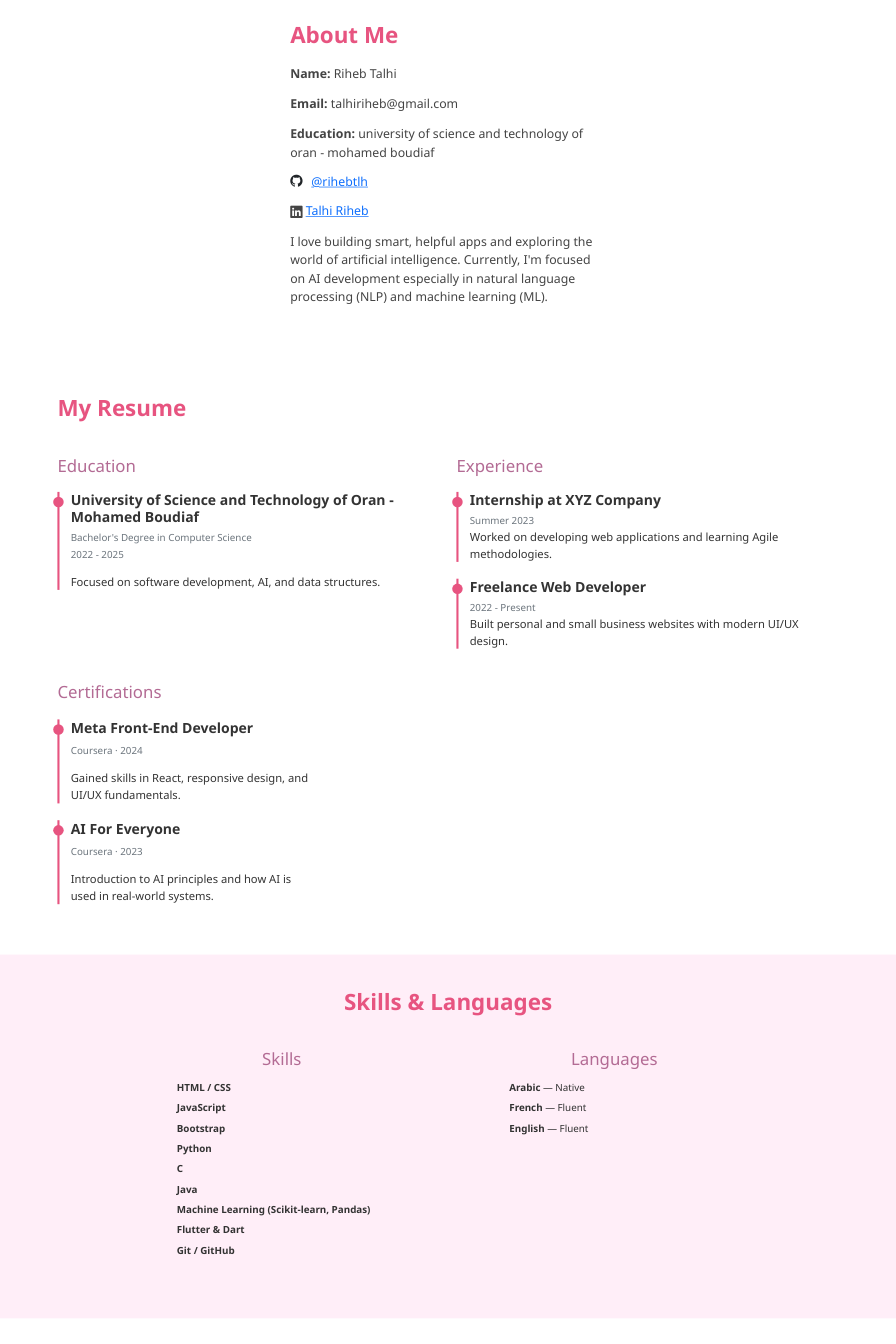
Repository: rihebtlh/portfolio
Page: new.html
An editor plug-in stored every save of this project. The page is shown before and after the next save, followed by the edit.
The browser window is 1280 px wide. The pictures show the part of the page from y = 754 to 2674 px (the page is 4012 px tall before and 4111 px after), at 70% of full size.

Above is the page before, as saved 2025-07-02 16:52:16.

### new.html
<!DOCTYPE html>
<html lang="en">
<head>
  <meta charset="UTF-8" />
  <meta name="viewport" content="width=device-width, initial-scale=1.0" />
  <title>Riheb Talhi Portfolio</title>
  <link href="https://cdn.jsdelivr.net/npm/bootstrap@5.0.2/dist/css/bootstrap.min.css" rel="stylesheet" />
  <script src="https://cdn.jsdelivr.net/npm/bootstrap@5.0.2/dist/js/bootstrap.bundle.min.js"></script>
  <link rel="stylesheet" href="https://cdn.jsdelivr.net/npm/bootstrap-icons@1.10.5/font/bootstrap-icons.css">


  <style>
    body {
      font-family: 'Segoe UI', sans-serif;
      color: #333;
      background: #fff;
    }

    .navbar {
      background: rgba(255, 255, 255, 0.9);
      box-shadow: 0 4px 6px rgba(0, 0, 0, 0.05);
    }

    .navbar-nav .nav-link {
      color: #b36b94 !important;
      font-weight: 500;
    }

    .navbar-nav .nav-link:hover {
      color: #e75480 !important;
    }

    .btn-secondary {
      background-color: #d9a7c7;
      border: none;
    }

    .btn-secondary:hover {
      background-color: #e2b8d3;
    }

    h1, h2 {
      font-weight: 700;
    }

    .display-2 {
      color: #e75480;
    }

    .display-5 {
      color: #a070a8;
    }

    section {
      padding: 4rem 0;
    }

    .head {
      background-color: #ffeef8;
    }

    .about {
      background-color: #ffffff;
    }

    .about h2 {
      color: #e75480;
    }

    .about p {
      font-size: 1.1rem;
      color: #444;
      max-width: 800px;
    }

    img.rounded-circle {
      border: 4px solid #fff;
    }
    /* Simple timeline style */
  .timeline-item {
    border-left: 3px solid #e75480;
    padding-left: 1rem;
    position: relative;
  }
  .timeline-item::before {
    content: '';
    position: absolute;
    left: -9px;
    top: 0.4rem;
    width: 15px;
    height: 15px;
    background: #e75480;
    border-radius: 50%;
  }
  </style>
</head>
<body>

  <!-- Navbar -->
  <nav class="navbar navbar-expand-md navbar-light fixed-top">
    <div class="container-xxl">
      <button class="navbar-toggler" type="button" data-bs-toggle="collapse" data-bs-target="#main-nav"
        aria-controls="main-nav" aria-expanded="false" aria-label="Toggle navigation">
        <span class="navbar-toggler-icon"></span>
      </button>

      <div class="collapse navbar-collapse justify-content-end align-items-center" id="main-nav">
        <ul class="navbar-nav">
          <li class="nav-item"><a class="nav-link" href="#about">About Me</a></li>
          <li class="nav-item"><a class="nav-link" href="#resume">My Resume</a></li>
          <li class="nav-item"><a class="nav-link" href="#skills">Skills & Languages</a></li>
          <li class="nav-item"><a class="nav-link" href="#projects">Projects</a></li>
          <li class="nav-item ms-2 d-none d-md-inline">
            <a class="btn btn-secondary" href="#contact">Contact me here!</a>
          </li>
        </ul>
      </div>
    </div>
  </nav>

  <!-- Hero Section -->
    <section class="head d-flex align-items-center" style="min-height: 100vh;" id="home">
    <div class="container-lg">
        <div class="row justify-content-center align-items-center">
        <div class="col-md-8 text-start">
            <h1>
            <div class="display-2 fw-bold">Riheb Talhi</div>
            <div class="display-5">Computer Science Student</div>
            <div class="display-6 text-muted">just love to solve real-world problems through creative coding.</div>
            </h1>
        </div>
        <div class="col-md-4 text-center d-none d-md-block">
            <span class="tt" data-bs-placement="bottom" title="pic">
            <img src="/assets/pic.jpg" alt="Your photo" class="img-fluid rounded-circle shadow" style="max-height: 400px;">
            </span>
        </div>
        </div>
    </div>
    </section>


  <!-- About Me Section (White) -->
  <section class="about" id="about">
    <div class="container-lg">
      <div class="row justify-content-center">
        <div class="col-md-5">
          <h2 class="mb-4">About Me</h2>
          <p><strong>Name:</strong> Riheb Talhi</p>
          <p><strong>Email:</strong> talhiriheb@gmail.com</p>
          <p><strong>Education:</strong> university of science and technology of oran - mohamed boudiaf</p>
          <p>
            <i class="bi bi-github text-dark me-2"></i>
            <a href="https://github.com/rihebtlh" target="_blank">@rihebtlh</a>
          </p>
          <p>
            <i class="bi bi-linkedin"></i>
            <a href="https://www.linkedin.com/in/riheb-talhi-bab320293" target="_blank">Talhi Riheb</a>
          </p>
          <p>
            I love building smart, helpful apps and exploring the world of artificial intelligence.
            Currently, I'm focused on AI development especially in natural language processing (NLP) and machine learning (ML).
          </p>

        </div>
      </div>
    </div>
  </section>
  <!-- Resume Section -->
    <section id="resume" class="py-5" style="background:#fff;">
        <div class="container-lg">
            <h2 class="mb-5" style="color:#e75480;">My Resume</h2>
            <div class="row">

            <!-- Education -->
            <div class="col-md-6 mb-4">
                <h4 class="mb-4" style="color:#b36b94;">Education</h4>
                <div class="timeline">
                <div class="timeline-item mb-4">
                    <h5 class="mb-1 fw-bold">University of Science and Technology of Oran - Mohamed Boudiaf</h5>
                    <p class="text-muted mb-0"><small>Bachelor's Degree in Computer Science</small></p>
                    <p class="text-muted"><small>2022 - 2025</small></p>
                    <p>Focused on software development, AI, and data structures.</p>
                </div>
                <!-- Add more education here if needed -->
                </div>
            </div>

            <!-- Experience -->
            <div class="col-md-6 mb-4">
                <h4 class="mb-4" style="color:#b36b94;">Experience</h4>
                <div class="timeline">
                <div class="timeline-item mb-4">
                    <h5 class="mb-1 fw-bold">Internship at XYZ Company</h5>
                    <p class="text-muted mb-0"><small>Summer 2023</small></p>
                    <p>Worked on developing web applications and learning Agile methodologies.</p>
                </div>
                <div class="timeline-item mb-4">
                    <h5 class="mb-1 fw-bold">Freelance Web Developer</h5>
                    <p class="text-muted mb-0"><small>2022 - Present</small></p>
                    <p>Built personal and small business websites with modern UI/UX design.</p>
                </div>
                <!-- Add more experience as needed -->
                </div>
            </div>
            </div>
            <!-- Certifications -->
            <div class="col-md-4 mb-4">
                <h4 class="mb-4" style="color:#b36b94;">Certifications</h4>
                <div class="timeline">
                <div class="timeline-item mb-4">
                    <h5 class="fw-bold">Meta Front-End Developer</h5>
                    <p class="text-muted"><small>Coursera · 2024</small></p>
                    <p>Gained skills in React, responsive design, and UI/UX fundamentals.</p>
                </div>
                <div class="timeline-item mb-4">
                    <h5 class="fw-bold">AI For Everyone</h5>
                    <p class="text-muted"><small>Coursera · 2023</small></p>
                    <p>Introduction to AI principles and how AI is used in real-world systems.</p>
                </div>
                </div>
            </div>
        </div>
    </section>
    <!-- Skills & Languages Section -->
    <section id="skills" class="py-5" style="background-color: #ffeef8;">
    <div class="container-lg text-center">
        <h2 class="mb-5" style="color: #e75480;">Skills & Languages</h2>

        <div class="row justify-content-center">
        <!-- Skills -->
        <div class="col-md-5 mb-4">
            <h4 class="mb-3" style="color: #b36b94;">Skills</h4>
            <ul class="list-unstyled small text-start mx-auto" style="max-width: 300px;">
            <li class="mb-2"><strong>HTML / CSS</strong></li>
            <li class="mb-2"><strong>JavaScript</strong></li>
            <li class="mb-2"><strong>Bootstrap</strong></li>
            <li class="mb-2"><strong>Python</strong></li>
            <li class="mb-2"><strong>C</strong></li>
            <li class="mb-2"><strong>Java</strong></li>
            <li class="mb-2"><strong>Machine Learning (Scikit-learn, Pandas)</strong></li>
            <li class="mb-2"><strong>Flutter & Dart</strong></li>
            <li class="mb-2"><strong>Git / GitHub</strong></li>
            </ul>
        </div>

        <!-- Languages -->
        <div class="col-md-5 mb-4">
            <h4 class="mb-3" style="color: #b36b94;">Languages</h4>
            <ul class="list-unstyled small text-start mx-auto" style="max-width: 300px;">
            <li class="mb-2"><strong>Arabic</strong> — Native</li>
            <li class="mb-2"><strong>French</strong> — Fluent</li>
            <li class="mb-2"><strong>English</strong> — Fluent</li>
            </ul>
        </div>
        </div>
    </div>
    </section>
    <!-- Projects Section -->
    <section id="projects" class="py-5" style="background-color: #fff;">
      <div class="container-lg">
        <h2 class="mb-5 text-center" style="color: #e75480;">Projects</h2>

        <div class="row justify-content-center g-4">
          <div class="col-md-3">
            <div class="p-4 border rounded-4 h-100" style="border-color: #ffd6e8; background-color: #fff;">
              <img src="assets/Group.png" alt="Pookie App Preview" class="img-fluid rounded mb-3" style="max-height: 300px; width: 100%; object-fit: cover;">
              <h5 class="fw-bold" style="color: #b36b94;">Pookie – AI Learning App for Kids - 2025</h5>
              <p class="text-muted small mb-2">
                A fun and interactive mobile app that helps kids learn using AI tools like chatbots, voice recognition, grammar correction, and cute quizzes.
              </p>
              <p class="mb-2 small"><strong>Technologies:</strong> Flutter, Gemini API, Hugging Face, Firebase</p>
              <a href="#" target="_blank" class="btn btn-sm btn-secondary">View more!</a>
            </div>
          </div>

          <!-- Project 1 -->
          <div class="col-md-3">
            <div class="p-4 border rounded-4 h-100" style="border-color: #ffd6e8; background-color: #fff;">
              <!-- Project Image -->
              <img src="assets/catLogo.webp" alt="Catty Website Preview" class="img-fluid rounded mb-2">
              <!-- Project Content -->
              <h5 class="fw-bold" style="color: #b36b94;">Catty – Cat Adoption Website -2025</h5>
              <p class="text-muted small mb-2"><strong>A cute and responsive cat adoption website</strong> that lets users discover and adopt cats, explore breeds like Siamese, Maine Coon, and Russian Blue, and shop for essential cat items.</p>
              <p class="mb-2"><strong>Technologies:</strong> HTML, CSS, Bootstrap</p>
              <a href="https://github.com/rihebtlh/catty-storefront" target="_blank" class="btn btn-sm btn-secondary">GitHub</a>
            </div>
          </div>
          <!-- Project 2 -->
          <div class="col-md-3">
            <div class="p-4 border rounded-4 h-100" style="border-color: #ffd6e8;">
              <h5 class="fw-bold" style="color: #b36b94;">SNAKE Language Compiler – 2024</h5>
              <p class="text-muted small mb-2"><strong>Developed a compiler for the SNAKE programming language, incorporating:</strong></p>
              <p class="text-muted small mb-2">
                <ul>
                  <li>Lexical, syntactic, and semantic analysis to process source code.</li>
                  <li>Robust error detection for syntax errors, type mismatches, and undeclared variables.</li>
                  <li>A graphical user interface that allows users to load .snk files and perform different analyses interactively.</li>
                </ul>
              </p>
              <p class="mb-2"><strong>Technologies:</strong> Flex & Bison, Java, and Java Swing</p>
              <a href="https://github.com/rihebtlh/Compilation" target="_blank" class="btn btn-sm btn-secondary">GitHub</a>
            </div>
          </div>
          <!-- Project 3 -->
          <div class="col-md-3">
            <div class="p-4 border rounded-4 h-100" style="border-color: #ffd6e8;">
              <h5 class="fw-bold" style="color: #b36b94;">Health Monitoring Application – 2024</h5>
              <p class="text-muted small mb-2"><strong>Developed an interactive health monitoring application with distinct roles:</strong></p>
              <p class="text-muted small mb-2">
                <ul>
                  <li>Patients can track vital parameters such as weight, temperature, blood pressure, and blood sugar levels.</li>
                  <li>Doctors can view patient data through detailed charts 📊 and tables for better health analysis.</li>
                  <li>Administrators manage user accounts and maintain system operations.</li>
                </ul>
                <p>
                  The application features a user-friendly graphical interface built with Java Swing,
                  dynamic charting and data visualization using JFreeChart,
                  and real-time communication between users powered by XMPP.
                </p></p>
              <p class="mb-2"><strong>Technologies:</strong> Java, Java Swing, JFreeChart, XMPP</p>
              <a href="https://github.com/rihebtlh/health" target="_blank" class="btn btn-sm btn-secondary">GitHub</a>
            </div>
          </div>
        </div>
      </div>
    </section>
    <!-- Contact Section -->
<section id="contact" class="py-5" style="background-color: #ffeef8;">
  <div class="container-lg text-center">
    <h2 class="mb-4" style="color: #e75480;">Let's Get in Touch!</h2>
    <p class="mb-4 text-muted">I'm always open to new opportunities, collaborations, or just a friendly chat 💌</p>

    <!-- Contact Info -->
    <div class="row justify-content-center">
      <div class="col-md-6">
        <ul class="list-unstyled small text-start mx-auto" style="max-width: 400px;">
          <li class="mb-3">
            <i class="bi bi-envelope-heart-fill text-secondary me-2"></i>
            <strong>Email:</strong> <a href="mailto:talhiriheb@gmail.com" class="text-dark">talhiriheb@gmail.com</a>
          </li>
          <li class="mb-3">
            <i class="bi bi-linkedin text-secondary me-2"></i>
            <strong>LinkedIn:</strong> <a href="https://www.linkedin.com/in/riheb-talhi-bab320293" target="_blank" class="text-dark">Riheb Talhi</a>
          </li>
          <li class="mb-3">
            <i class="bi bi-github text-secondary me-2"></i>
            <strong>GitHub:</strong> <a href="https://github.com/rihebtlh" target="_blank" class="text-dark">@rihebtlh</a>
          </li>
        </ul>
        <!-- Optional button -->
        <a href="mailto:talhiriheb@gmail.com" class="btn btn-secondary mt-3">Send me a message</a>
      </div>
    </div>
  </div>
</section>







  <!-- Tooltip Init -->
  <script>
    const tooltips = document.querySelectorAll('.tt');
    tooltips.forEach(t => {
      new bootstrap.Tooltip(t);
    });
  </script>

</body>
</html>

After the next save:
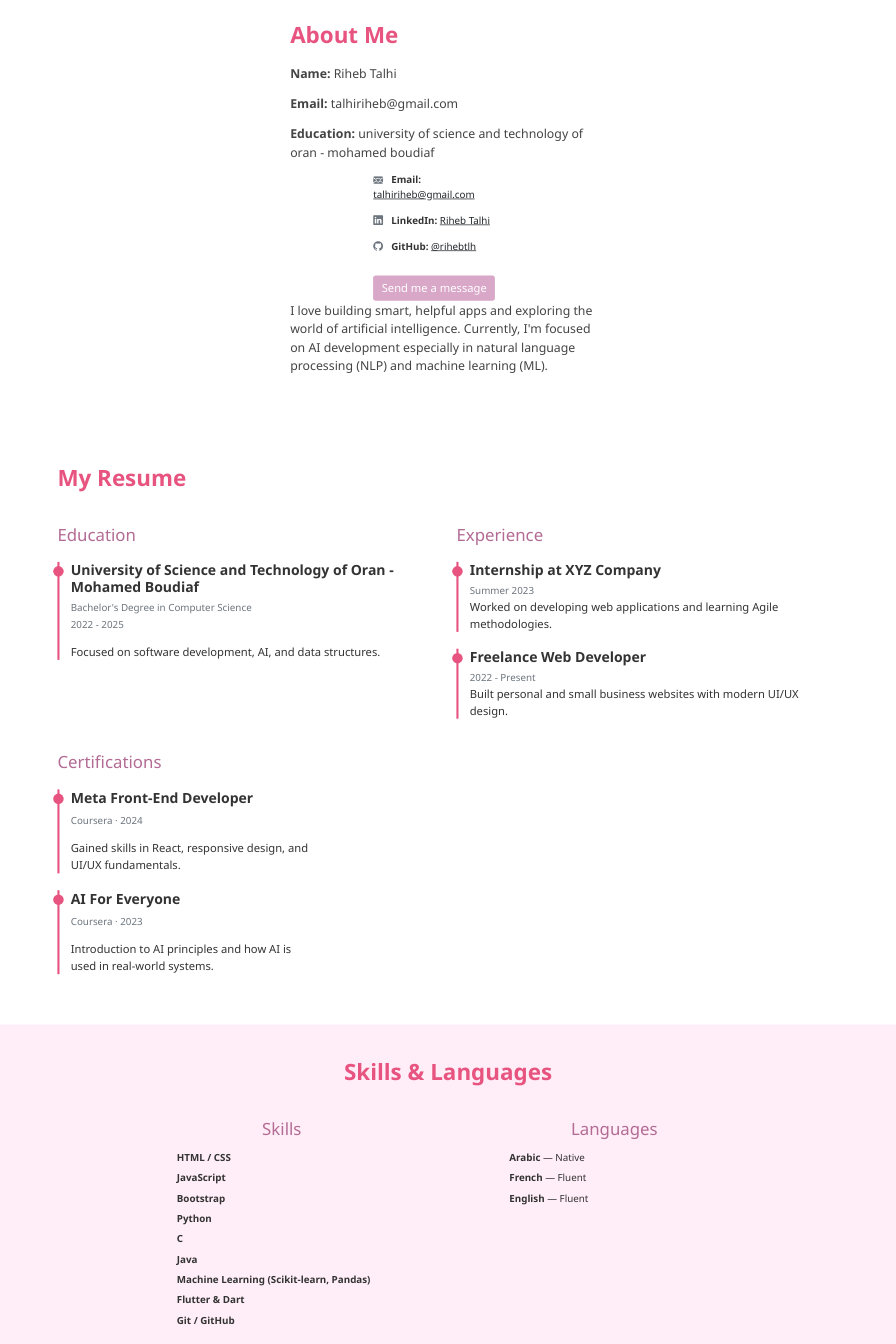
Saved 2 min 1 s later.
--- a/new.html
+++ b/new.html
@@ -148,14 +148,26 @@
           <p><strong>Name:</strong> Riheb Talhi</p>
           <p><strong>Email:</strong> talhiriheb@gmail.com</p>
           <p><strong>Education:</strong> university of science and technology of oran - mohamed boudiaf</p>
-          <p>
-            <i class="bi bi-github text-dark me-2"></i>
-            <a href="https://github.com/rihebtlh" target="_blank">@rihebtlh</a>
-          </p>
-          <p>
-            <i class="bi bi-linkedin"></i>
-            <a href="https://www.linkedin.com/in/riheb-talhi-bab320293" target="_blank">Talhi Riheb</a>
-          </p>
+          <div class="row justify-content-center">
+      <div class="col-md-6">
+        <ul class="list-unstyled small text-start mx-auto" style="max-width: 400px;">
+          <li class="mb-3">
+            <i class="bi bi-envelope-heart-fill text-secondary me-2"></i>
+            <strong>Email:</strong> <a href="mailto:talhiriheb@gmail.com" class="text-dark">talhiriheb@gmail.com</a>
+          </li>
+          <li class="mb-3">
+            <i class="bi bi-linkedin text-secondary me-2"></i>
+            <strong>LinkedIn:</strong> <a href="https://www.linkedin.com/in/riheb-talhi-bab320293" target="_blank" class="text-dark">Riheb Talhi</a>
+          </li>
+          <li class="mb-3">
+            <i class="bi bi-github text-secondary me-2"></i>
+            <strong>GitHub:</strong> <a href="https://github.com/rihebtlh" target="_blank" class="text-dark">@rihebtlh</a>
+          </li>
+        </ul>
+        <!-- Optional button -->
+        <a href="mailto:talhiriheb@gmail.com" class="btn btn-secondary mt-3">Send me a message</a>
+      </div>
+    </div>
           <p>
             I love building smart, helpful apps and exploring the world of artificial intelligence.
             Currently, I'm focused on AI development especially in natural language processing (NLP) and machine learning (ML).
